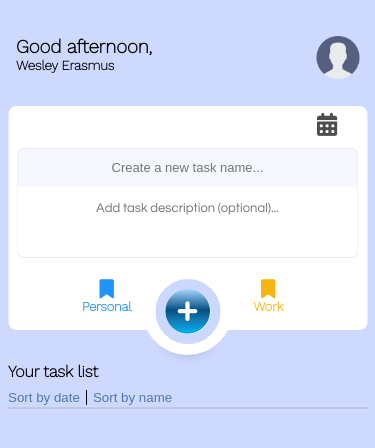
Repository: WesleyErasmus/Todo-App
Page: todoApp.html
An editor plug-in stored every save of this project. The page is shown before and after the next save, followed by the edit.
The browser window is 375 px wide. The pictures show the whole page.
Some web libraries are served in a nearby version.

Above is the page before, as saved 2022-06-25 12:14:14.

After the next save:
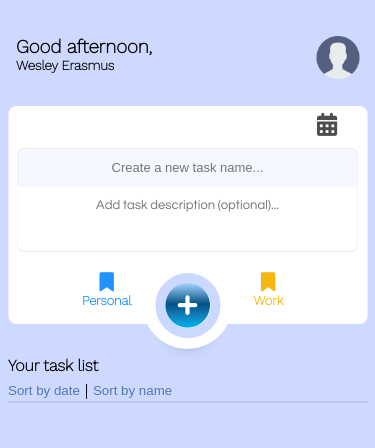
Saved 4 s later.
--- a/source/css/todoApp.css
+++ b/source/css/todoApp.css
@@ -816,7 +816,7 @@ header {
 #description {
   width: 95%;
   font-size: 13px;
-  padding: 0.9rem;
+  padding: 0.7rem;
   appearance: none;
   border: 0.1px solid #ececec;
   border-bottom-left-radius: 0.5rem;
